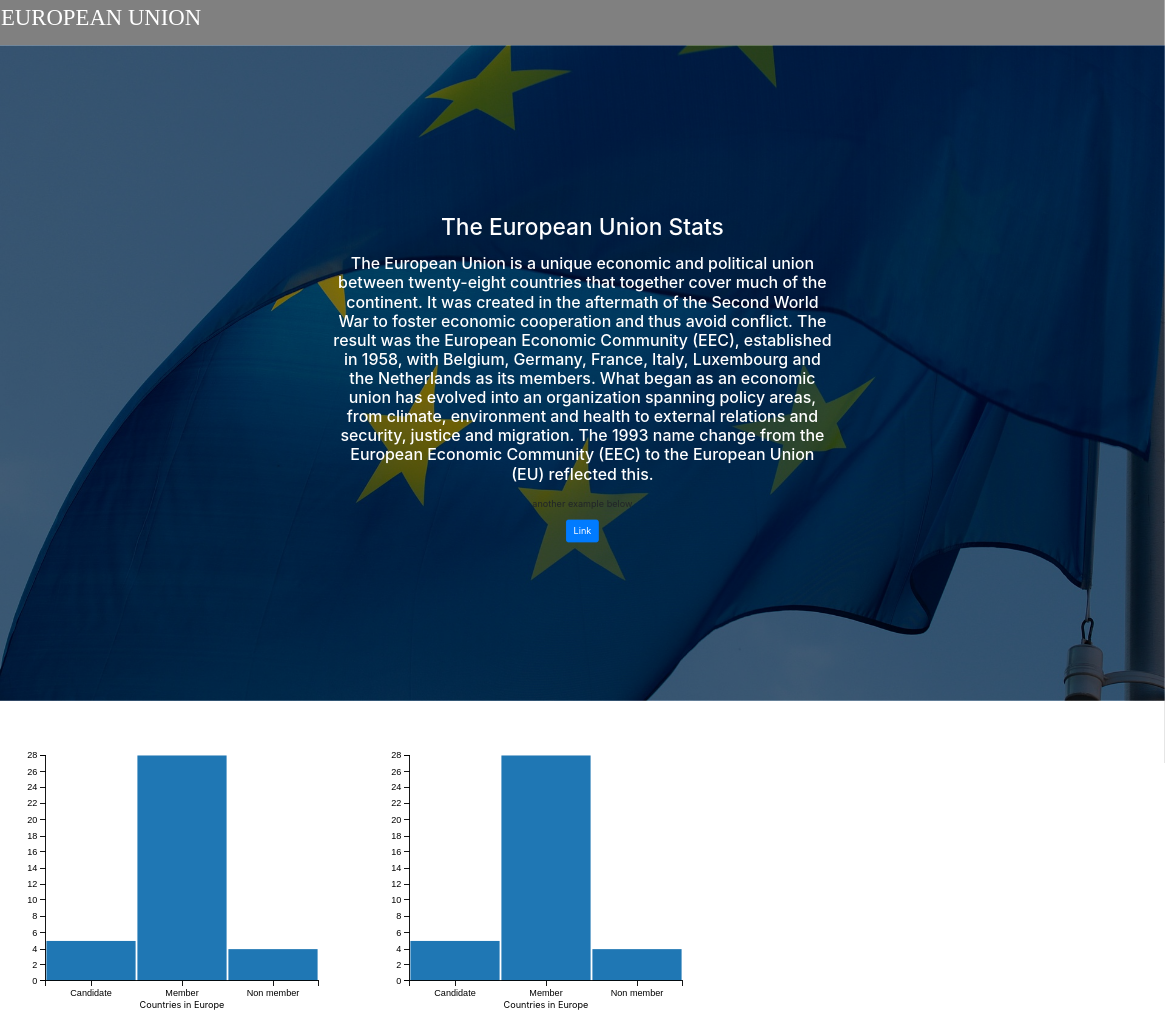
Repository: pjachimowski/renewable
Page: index.html
The author's editor kept a record of every edit. The page is drawn from the files as they stood at one moment, then again after the next edit.
The browser window is 1280 px wide. The pictures show the whole page, at 91% of full size.
Backgrounds fixed to the window are drawn as part of the page. Some web fonts or font styles are not loaded; a fallback is used. Some web libraries are served in a nearby version.

Above is the page before.

After the next edit:
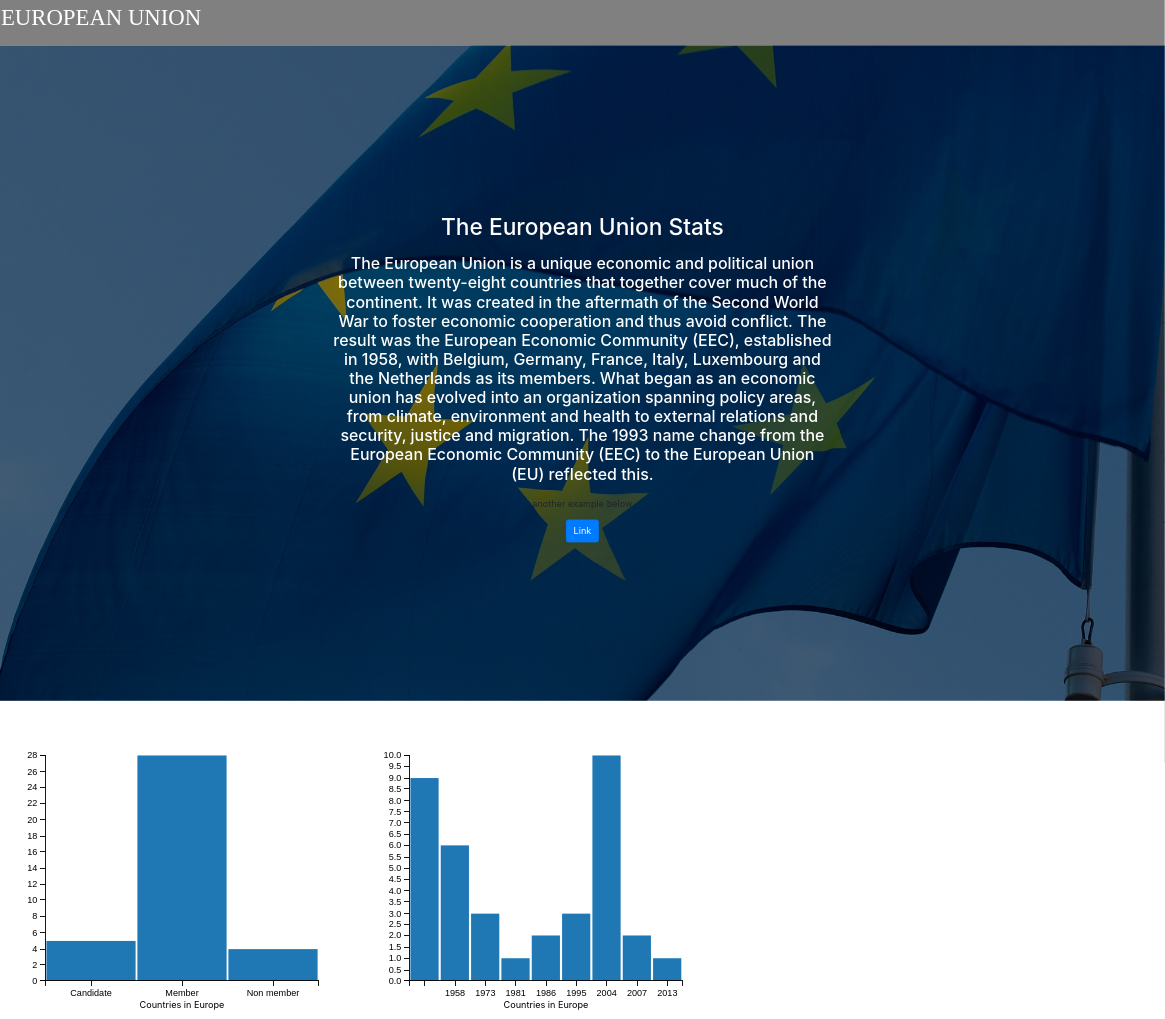
The edit:
--- a/static/js/graphs2.js
+++ b/static/js/graphs2.js
@@ -34,7 +34,7 @@
 /* ------ show_year_accession --------*/
 
 function show_year_accession(ndx) {
-    var dim = ndx.dimension(dc.pluck('European_Union'));
+    var dim = ndx.dimension(dc.pluck('Accession_Year'));
     var group = dim.group();
 
     dc.barChart("#year_accession")
